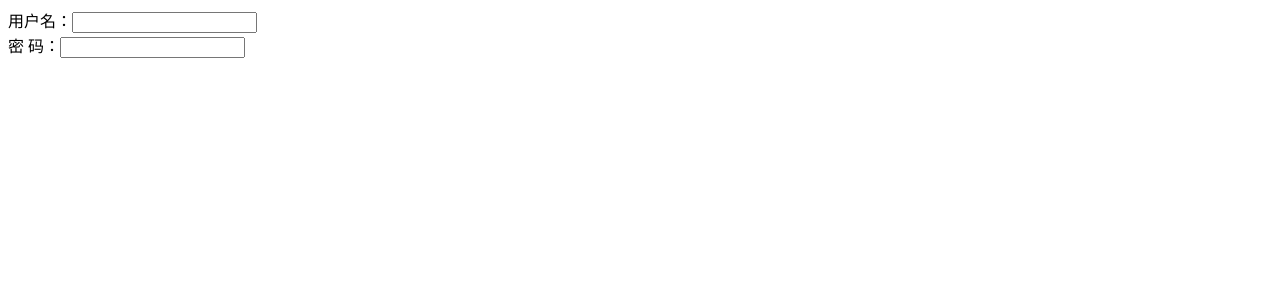
Repository: Tambaosaikou/JavaWeb
Page: UserLogin/WebContent/login.html
The author's editor kept a copy of each file at every save. The page is drawn from the files as they stood at one save, then again after the next save.
The browser window is 1280 px wide. The pictures show the whole page.

Above is the page before, as saved 2018-03-27 06:06:03.

### UserLogin/WebContent/login.html
<!DOCTYPE html>
<html>
<head>
<meta charset="UTF-8">
<title>Insert title here</title>
</head>
<body>
<form name="reg" action="/LoginServlet" method="post">
		用户名：<input name="username" type="text" /><br />
		密    码：<input name="password" type="password" /><br />
</form>
</body>
</html>

After the next save:
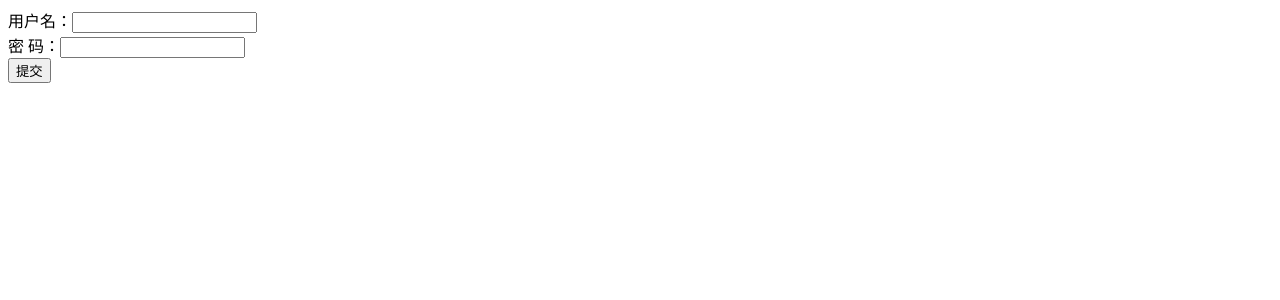
Saved 27 s later.
--- a/UserLogin/WebContent/login.html
+++ b/UserLogin/WebContent/login.html
@@ -5,9 +5,10 @@
 <title>Insert title here</title>
 </head>
 <body>
-<form name="reg" action="/LoginServlet" method="post">
+<form name="reg" action="LoginServlet" method="post">
 		用户名：<input name="username" type="text" /><br />
 		密    码：<input name="password" type="password" /><br />
+			  <input type="submit" value="提交" id="bt" />
 </form>
 </body>
 </html>
